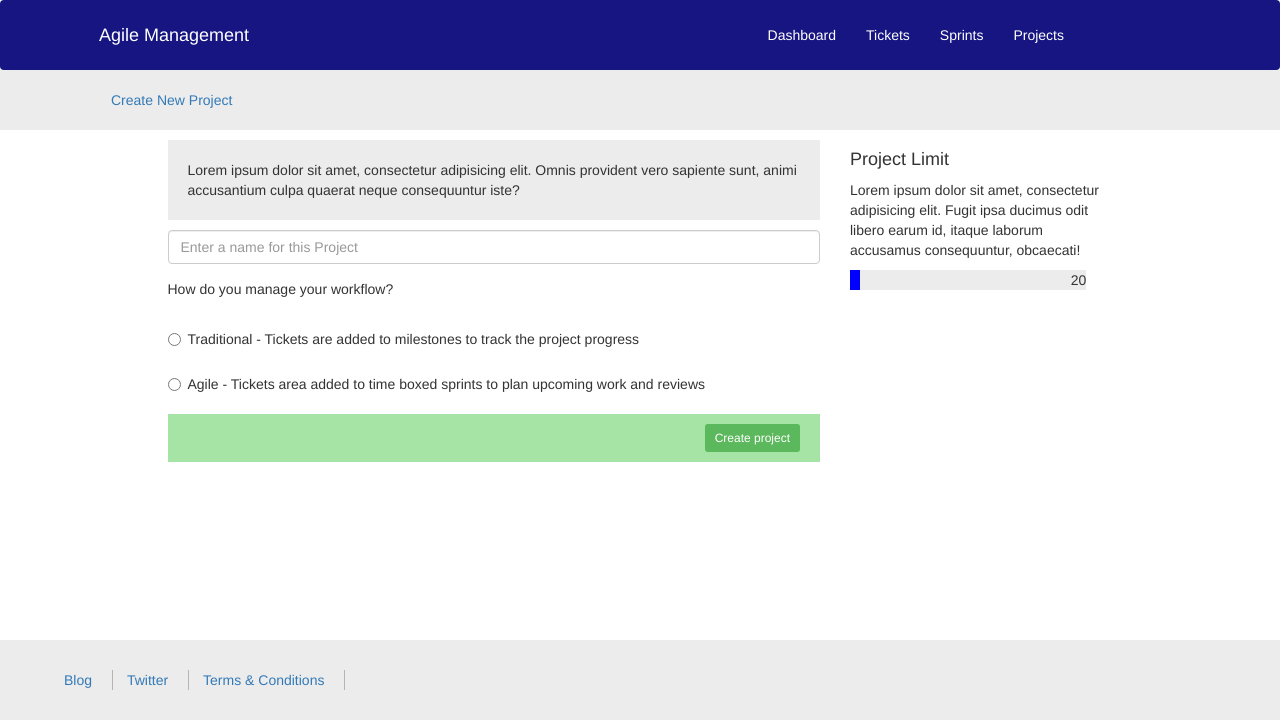
Repository: princexavier/agil
Page: http://localhost/Agile/project.jsp
The author's editor kept a copy of each file at every save. The page is drawn from the files as they stood at one save, then again after the next save.
The browser window is 1280 px wide. The pictures show the whole page.
Some web libraries are served in a nearby version. The page is served by Tomcat 9.

Above is the page before, as saved 2018-01-19 09:14:18.

After the next save:
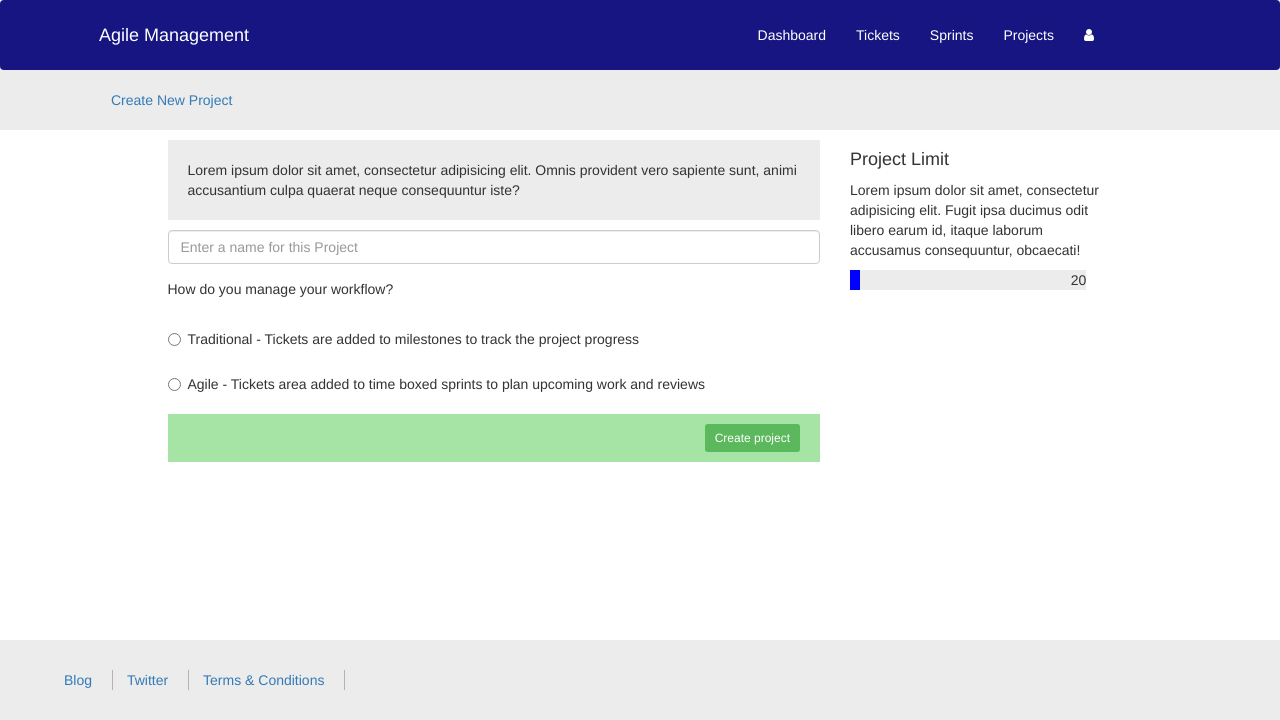
Saved 36 s later.
--- a/workspace/Agile/WebContent/project.jsp
+++ b/workspace/Agile/WebContent/project.jsp
@@ -28,7 +28,7 @@
                     <li><a href="ticket.html">Tickets</a></li>
                     <li><a href="ticket.html">Sprints</a></li>
                     <li><a href="#">Projects</a></li>
-                    <li><a href="#"><% %></a></li>
+                    <li><a href="#"><i class="fa fa-user"></i></a></li>
 
                 </ul>
             </div>
